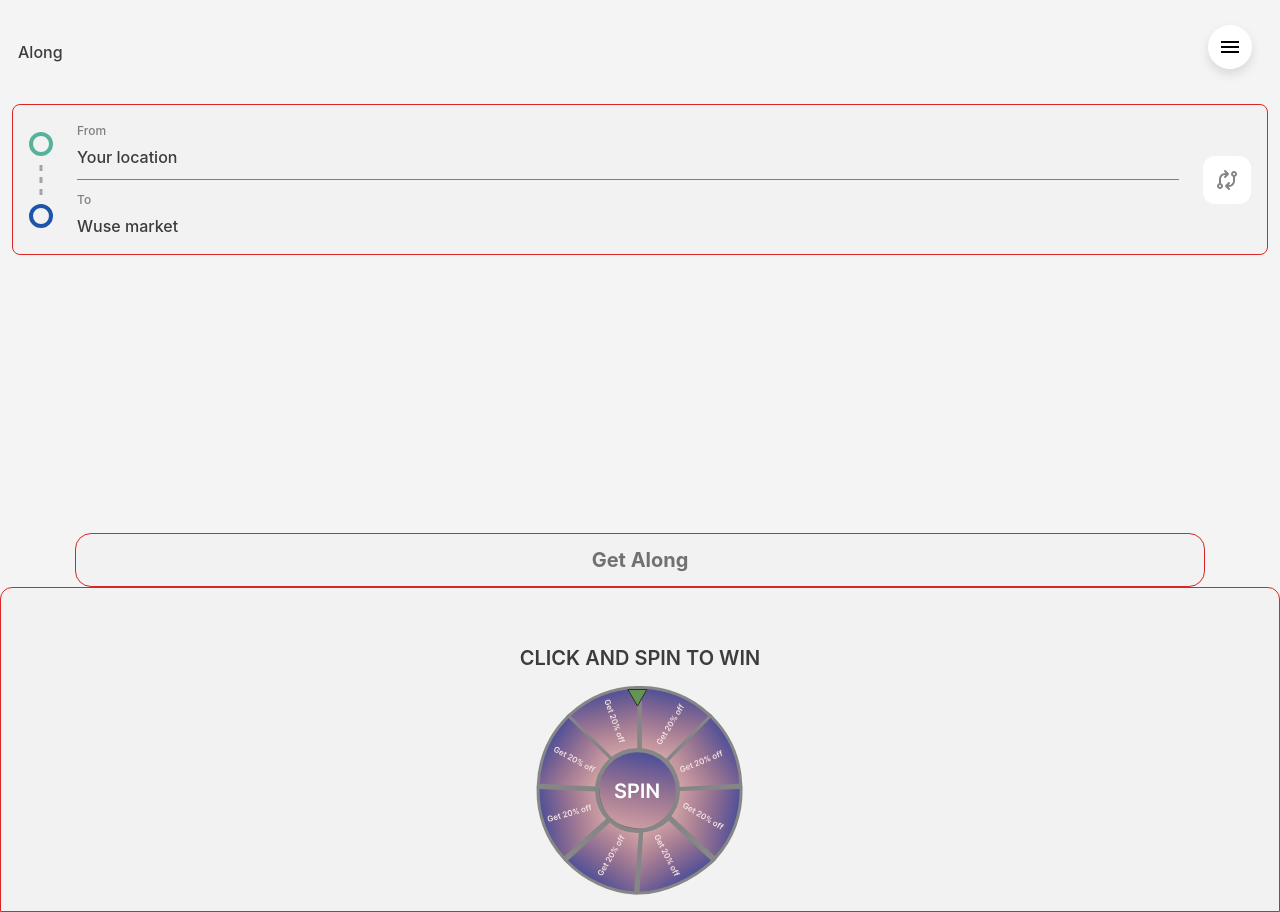
Repository: TeamAlong/Along-App
Page: /
An editor plug-in stored every save of this project. The page is shown before and after the next save, followed by the edit.
The browser window is 1280 px wide. The pictures show the whole page.
The project was rebuilt for these pictures with package versions that can differ from the ones it lists, and the page was loaded fresh each time. The framework's server and built-in components were replaced by stand-ins that run in the browser. Also part of the build but not shown: next.config.mjs, src/components/user/drivers-preview.js.

Above is the page before, as saved 2024-02-26 22:18:10.

### src/pages/index.js
import { useState } from "react";
import Layout from "@/components/Layout";
import Image from "next/image";
import { useUi } from "@/context/UiContext/uiContext";
import Circles from "../../public/assets/loc-circles.svg";
import Rout from "../../public/assets/route-icon.svg";

export default function Home() {
  const { setShowSpin } = useUi();

  const handleGetAlongClick = () => {
    setShowSpin(false); // Hide the spin and show drivers preview
  };
  return (
    <Layout>
      <main className=" px-3 flex flex-col gap-[278px]">
        <section className="w-full flex items-center gap-6 px-4 py-[18px] rounded-lg bg-[#F2F2F2] border border-red-600">
          <Image src={Circles} alt="" />

          <div className="w-full flex flex-col">
            <div className="flex flex-col gap-2 items-start border-b border-[#7E7E7E] pb-3">
              <p className="text-xs text-[#7E7E7E]">From</p>
              <input
                className="w-full h-full bg-transparent border-none outline-none"
                type="text"
                placeholder="Your location"
              />
            </div>

            <div className="flex flex-col gap-2 items-start pt-3 ">
              <p className="text-xs text-[#7E7E7E]">To</p>
              <input
                className="w-full h-full bg-transparent border-none outline-none"
                type="text"
                placeholder="Wuse market"
              />
            </div>
          </div>

          <Image src={Rout} alt="" />
        </section>

        <button
          className="w-[90%] self-center bg-[#F2F2F2] py-3 px-4 rounded-2xl text-xl text-[#717171] font-bold border border-red-600"
          onClick={handleGetAlongClick}
        >
          Get Along
        </button>
      </main>
    </Layout>
  );
}

### src/context/UiContext/uiContext.js
import React, { createContext, useContext, useState } from "react";

const UiContext = createContext();

export const useUi = () => useContext(UiContext);

export const UiProvider = ({ children }) => {
  const [showSpin, setShowSpin] = useState(true);

  return (
    <UiContext.Provider value={{ showSpin, setShowSpin }}>
      {children}
    </UiContext.Provider>
  );
};

### src/components/Layout.js
import Head from "next/head";
import Footer from "./Footer";
import Navbar from "./Navbar";

export default function Layout({ title, keywords, description, children }) {
  return (
    <div className="flex flex-col min-h-screen">
      <Head>
        <title>{title}</title>
        <meta name="description" content={description} />
        <meta name="keywords" content={keywords} />
        <meta charSet="utf-8" />
      </Head>
      <Navbar />

      <div className="flex-grow">{children}</div>

      <Footer />
    </div>
  );
}

Layout.defaultProps = {
  title: "Along app",
  description: "Along App",
  keywords: "Along App",
};

### src/components/Footer.js
import Image from "next/image";
import { useUi } from "@/context/UiContext/uiContext";
import DriversPreview from "./user/drivers-preview";
import Spin from "../../public/assets/spin-board.svg";

export default function Footer() {
  const { showSpin } = useUi();
  return (
    <footer className="w-full bg-[#F2F2F2] rounded-tl-[12px] rounded-tr-[12px] overflow-y-auto border border-red-600 z-50 pt-10">
      {showSpin ? (
        <div className="flex flex-col gap-2.5 items-center pt-4">
          <h3 className="text-xl font-semibold">CLICK AND SPIN TO WIN</h3>
          <Image src={Spin} alt="" />
        </div>
      ) : (
        <DriversPreview />
      )}
    </footer>
  );
}

### src/components/Navbar.js
import Image from "next/image";
import Menu from "../../public/assets/hamburger.svg";

export default function Navbar() {
  return (
    <nav className="flex items-center justify-between py-5 px-[18px]">
        <h1>Along</h1>
        <Image src={Menu} alt="hamburger menu"/>
    </nav>
  )
}

Loaded but not shown: src/pages/_app.js (common file); src/pages/_document.js (common file); src/styles/globals.css (common file); tailwind.config.js (common file)

After the next save:
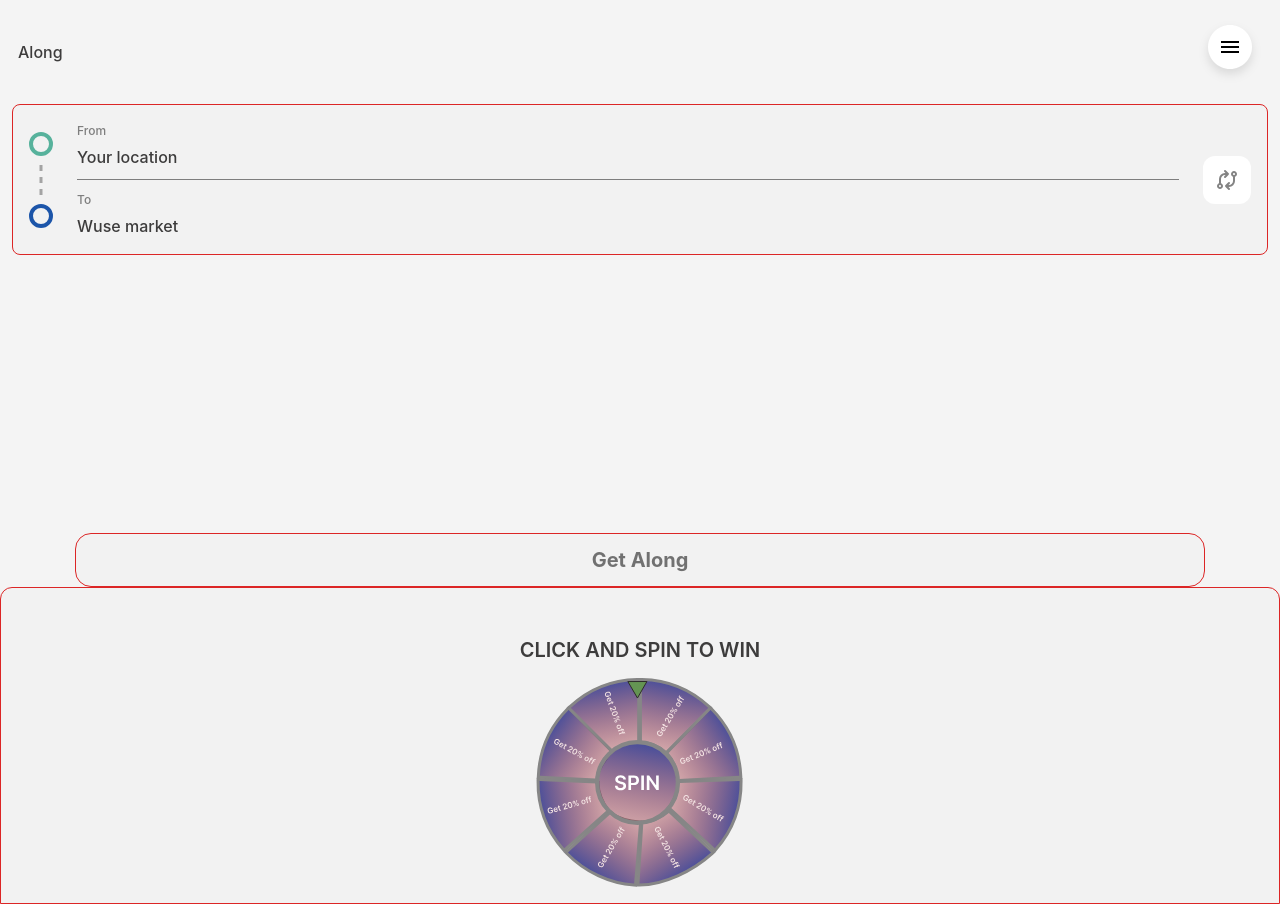
Saved 19 s later.
--- a/src/components/Footer.js
+++ b/src/components/Footer.js
@@ -6,7 +6,7 @@ import Spin from "../../public/assets/spin-board.svg";
 export default function Footer() {
   const { showSpin } = useUi();
   return (
-    <footer className="w-full bg-[#F2F2F2] rounded-tl-[12px] rounded-tr-[12px] overflow-y-auto border border-red-600 z-50 pt-10">
+    <footer className="w-full bg-[#F2F2F2] rounded-tl-[12px] rounded-tr-[12px] overflow-y-auto border border-red-600 z-50 pt-8">
       {showSpin ? (
         <div className="flex flex-col gap-2.5 items-center pt-4">
           <h3 className="text-xl font-semibold">CLICK AND SPIN TO WIN</h3>
